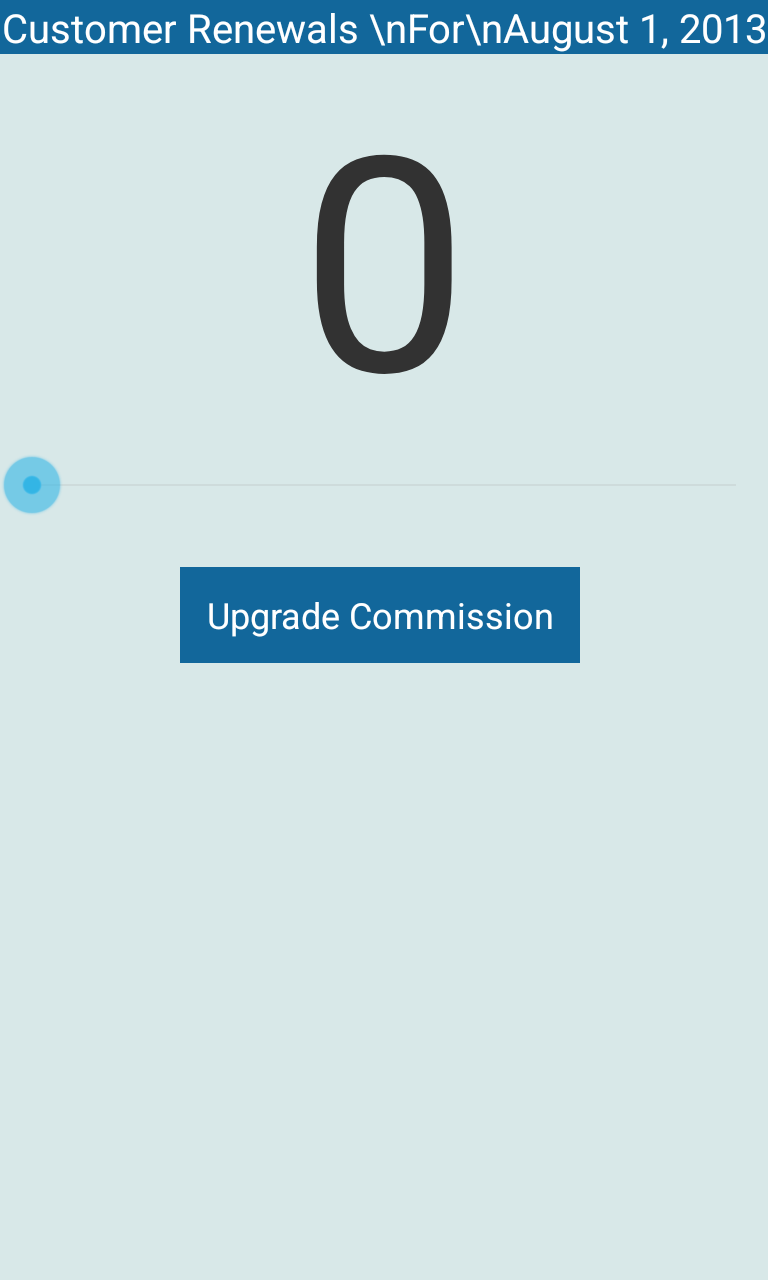
Repository: jemcphe/XCell
Layout: XCell/res/layout/frag_renewals.xml
These files come from the project's save history. The layout is drawn as it stood at one moment and after the next save; the edit follows.
It is drawn on a 768 x 1280 px phone screen (xhdpi) without system bars, with theme Theme.Xcell; the app's code is not run.

Above is the layout before, as saved 2013-08-29 07:16:42.

After the next save:
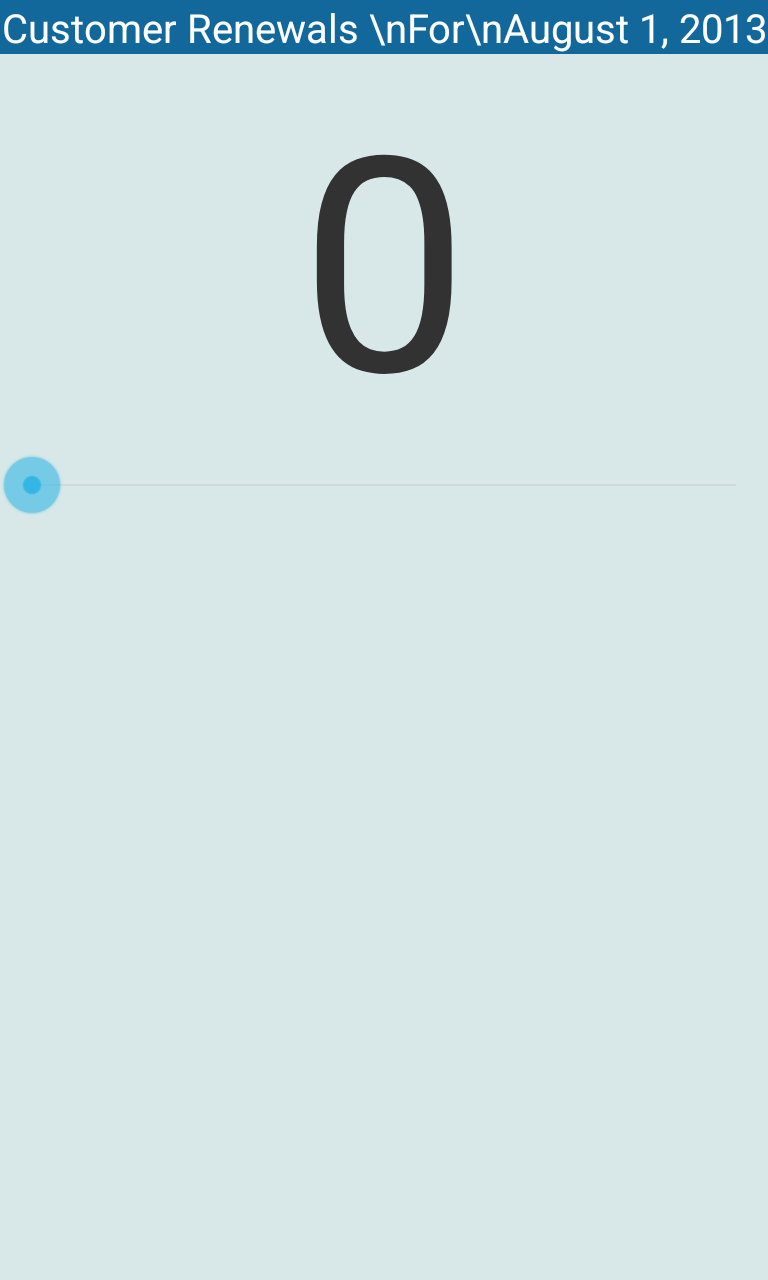
Saved 83 s later.
--- a/XCell/res/layout/frag_renewals.xml
+++ b/XCell/res/layout/frag_renewals.xml
@@ -29,15 +29,4 @@
         android:layout_height="wrap_content"
         android:max="15" />
 
-    <Button
-        android:id="@+id/renewalUpdateBtn"
-        android:layout_width="200dp"
-        android:layout_height="wrap_content"
-        android:text="Upgrade Commission"
-        android:textColor="#fff"
-        android:background="@color/xcell_blue"
-        android:gravity="center"
-        android:layout_marginTop="25dp"
-        android:layout_marginLeft="90dp"/>
-
 </LinearLayout>
